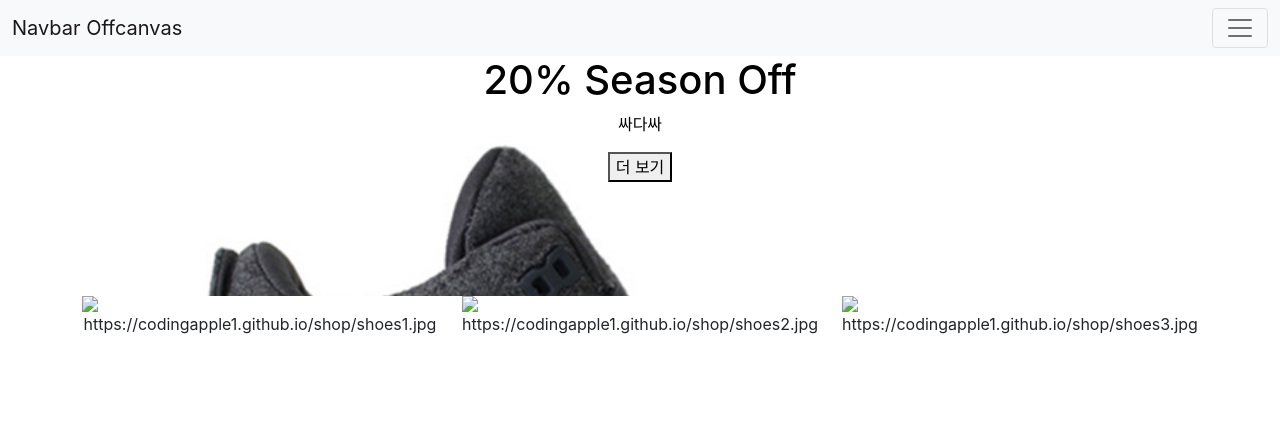
Repository: DevMinwoo-Jung/react-practice
Page: /detail (app in appleCoding/shopping/)
The author's editor kept a copy of each file at every save. The page is drawn from the files as they stood at one save, then again after the next save.
The browser window is 1280 px wide. The pictures show the whole page.
The project was rebuilt for these pictures with package versions that can differ from the ones it lists, and the page was loaded fresh each time.

Above is the page before, as saved 2022-01-24 16:19:53.

### appleCoding/shopping/public/index.html
<!DOCTYPE html>
<html lang="en">
  <head>
    <link
      rel="stylesheet"
      href="https://cdn.jsdelivr.net/npm/bootstrap@5.1.3/dist/css/bootstrap.min.css"
      integrity="sha384-1BmE4kWBq78iYhFldvKuhfTAU6auU8tT94WrHftjDbrCEXSU1oBoqyl2QvZ6jIW3"
      crossorigin="anonymous"
    />
    <meta charset="utf-8" />
    <link rel="icon" href="%PUBLIC_URL%/favicon.ico" />
    <meta name="viewport" content="width=device-width, initial-scale=1" />
    <meta name="theme-color" content="#000000" />
    <title>React App</title>
  </head>
  <body>
    <div id="root"></div>
  </body>
</html>

### appleCoding/shopping/src/App.jsx
import {
  Button,
  Container,
  Form,
  FormControl,
  Nav,
  Navbar,
  NavDropdown,
  Offcanvas,
} from "react-bootstrap";
import "./App.css";

function App() {
  return (
    <div className="App">
      <Navbar bg="light" expand={false}>
        <Container fluid>
          <Navbar.Brand href="#">Navbar Offcanvas</Navbar.Brand>
          <Navbar.Toggle aria-controls="offcanvasNavbar" />
          <Navbar.Offcanvas
            id="offcanvasNavbar"
            aria-labelledby="offcanvasNavbarLabel"
            placement="end"
          >
            <Offcanvas.Header closeButton>
              <Offcanvas.Title id="offcanvasNavbarLabel">
                Offcanvas
              </Offcanvas.Title>
            </Offcanvas.Header>
            <Offcanvas.Body>
              <Nav className="justify-content-end flex-grow-1 pe-3">
                <Nav.Link href="#action1">Home</Nav.Link>
                <Nav.Link href="#action2">Link</Nav.Link>
                <NavDropdown title="Dropdown" id="offcanvasNavbarDropdown">
                  <NavDropdown.Item href="#action3">Action</NavDropdown.Item>
                  <NavDropdown.Item href="#action4">
                    Another action
                  </NavDropdown.Item>
                  <NavDropdown.Divider />
                  <NavDropdown.Item href="#action5">
                    Something else here
                  </NavDropdown.Item>
                </NavDropdown>
              </Nav>
              <Form className="d-flex">
                <FormControl
                  type="search"
                  placeholder="Search"
                  className="me-2"
                  aria-label="Search"
                />
                <Button variant="outline-success">Search</Button>
              </Form>
            </Offcanvas.Body>
          </Navbar.Offcanvas>
        </Container>
      </Navbar>
      <div className="jumbo">
        <div className="background">
          <h1>20% Season Off</h1>
          <p>싸다싸</p>
          <p>
            <button>더 보기</button>
          </p>
        </div>
      </div>
      <div className="container">
        <div className="row">
          <div className="col-md-4">
            <img src="" alt="https://codingapple1.github.io/shop/shoes1.jpg" width="100%"/>
          </div>
          <div className="col-md-4">
            <img src="" alt="https://codingapple1.github.io/shop/shoes2.jpg" />
          </div>
          <div className="col-md-4">
            <img src="" alt="https://codingapple1.github.io/shop/shoes3.jpg" />
          </div>
        </div>
      </div>
    </div>
  );
}

export default App;

### appleCoding/shopping/src/App.css
.App {
  text-align: center;
}

.jumbo{
  background-color: gray;
  height: 15rem;
  width: 100%;
}

.background{
  background-image: url('../public/shoes3.jpg');
  height: 100%;
  width: 100%;
  background-size: cover;
  color: black;

}

Loaded but not shown: appleCoding/shopping/src/index.js (common file); appleCoding/shopping/src/index.css (common file)

After the next save:
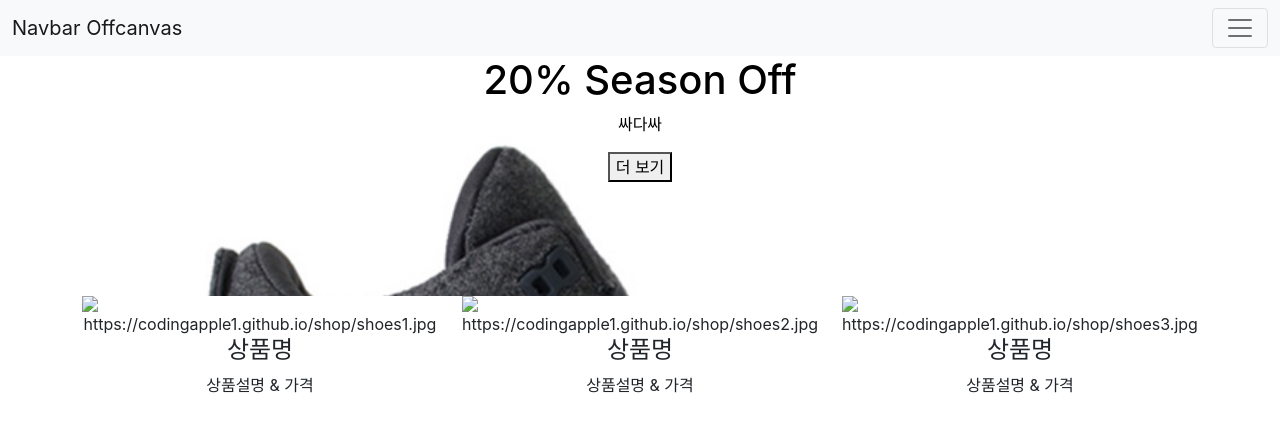
Saved 34 s later.
--- a/appleCoding/shopping/src/App.jsx
+++ b/appleCoding/shopping/src/App.jsx
@@ -68,12 +68,18 @@ function App() {
         <div className="row">
           <div className="col-md-4">
             <img src="" alt="https://codingapple1.github.io/shop/shoes1.jpg" width="100%"/>
+            <h4>상품명</h4>
+            <p>상품설명 & 가격</p>
           </div>
           <div className="col-md-4">
-            <img src="" alt="https://codingapple1.github.io/shop/shoes2.jpg" />
+            <img src="" alt="https://codingapple1.github.io/shop/shoes2.jpg" width="100%"/>
+            <h4>상품명</h4>
+            <p>상품설명 & 가격</p>
           </div>
           <div className="col-md-4">
-            <img src="" alt="https://codingapple1.github.io/shop/shoes3.jpg" />
+            <img src="" alt="https://codingapple1.github.io/shop/shoes3.jpg" width="100%" />
+            <h4>상품명</h4>
+            <p>상품설명 & 가격</p>
           </div>
         </div>
       </div>
